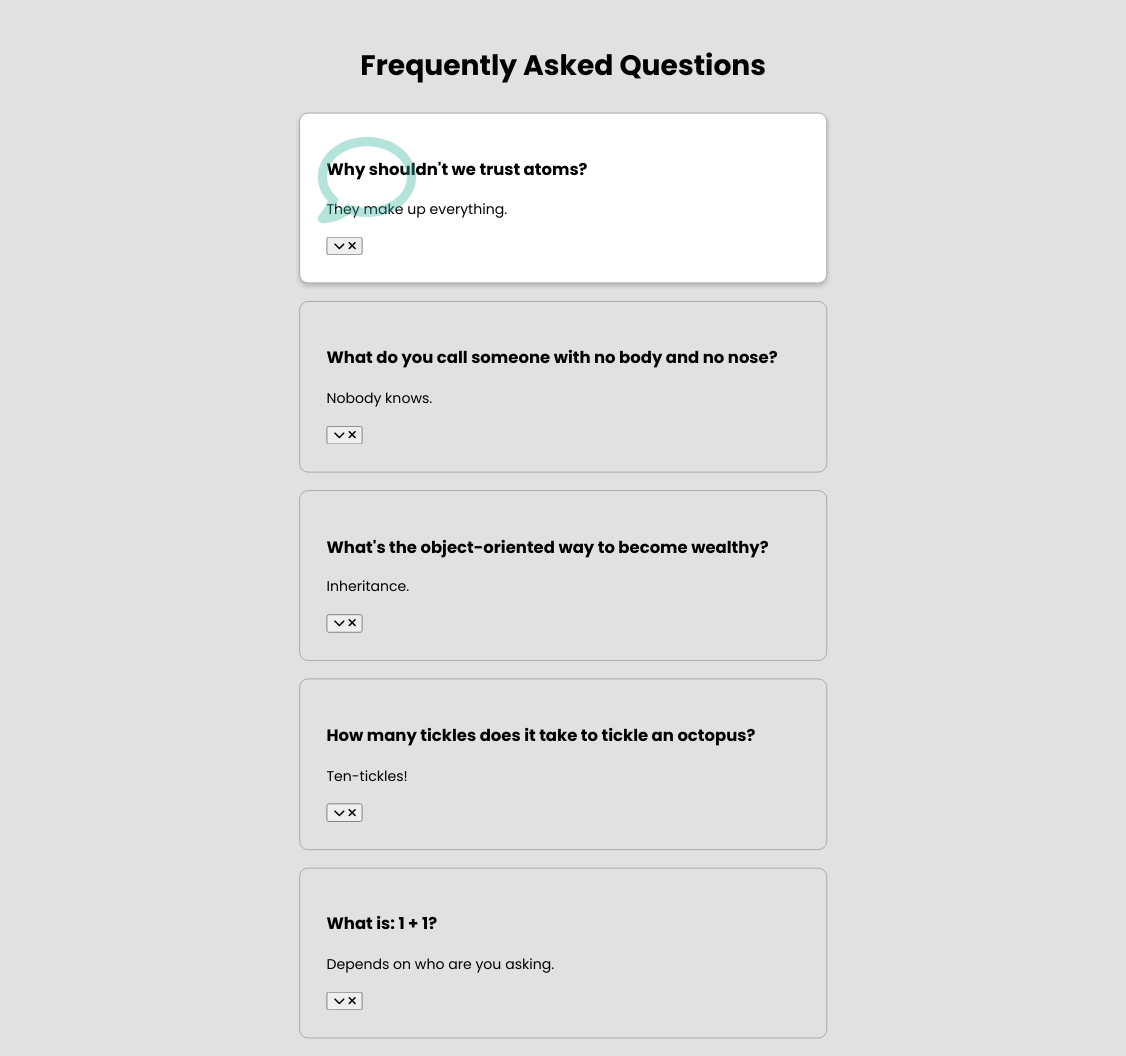
Repository: huynhvanngoan/50projectsin50days
Page: Day12/index.html
The author's editor kept a copy of each file at every save. The page is drawn from the files as they stood at one save, then again after a run of saves.
The browser window is 1280 px wide. The pictures show the whole page, at 88% of full size.

Above is the page before, as saved 2022-11-14 23:13:21.

### Day12/index.html
<!DOCTYPE html>
<html lang="en">
<head>
    <meta charset="UTF-8">
    <meta http-equiv="X-UA-Compatible" content="IE=edge">
    <meta name="viewport" content="width=device-width, initial-scale=1.0">
    <title>Day 12 - FAQ Collapse</title>
    <link rel="stylesheet" href="https://cdnjs.cloudflare.com/ajax/libs/font-awesome/6.2.0/css/all.min.css"
        integrity="sha512-xh6O/CkQoPOWDdYTDqeRdPCVd1SpvCA9XXcUnZS2FmJNp1coAFzvtCN9BmamE+4aHK8yyUHUSCcJHgXloTyT2A=="
        crossorigin="anonymous" referrerpolicy="no-referrer" />
    <link rel="stylesheet" href="style.css">
</head>
<body>
    <h1>Frequently Asked Questions</h1>
    <div class="faq-container">
        <div class="faq active">
            <h3 class="faq-title">
                Why shouldn't we trust atoms?
            </h3>
            <p class="faq-text">
                They make up everything.
            </p>
            <button class = "faq-toggle">
                <i class="fas fa-chevron-down"></i>
                <i class="fas fa-times"></i>
            </button>
        </div>
        <div class="faq ">
            <h3 class="faq-title">
                What do you call someone with no body and no nose?
            </h3>
            <p class="faq-text">
                Nobody knows.
            </p>
            <button class = "faq-toggle">
                <i class="fas fa-chevron-down"></i>
                <i class="fas fa-times"></i>
            </button>
        </div>
        <div class="faq ">
            <h3 class="faq-title">
                What's the object-oriented way to become wealthy?
            </h3>
            <p class="faq-text">
                Inheritance.
            </p>
            <button class = "faq-toggle">
                <i class="fas fa-chevron-down"></i>
                <i class="fas fa-times"></i>
            </button>
        </div>
        <div class="faq ">
            <h3 class="faq-title">
                How many tickles does it take to tickle an octopus?
            </h3>
            <p class="faq-text">
                Ten-tickles!
            </p>
            <button class = "faq-toggle">
                <i class="fas fa-chevron-down"></i>
                <i class="fas fa-times"></i>
            </button>
        </div>
        <div class="faq ">
            <h3 class="faq-title">
                What is: 1 + 1?
            </h3>
            <p class="faq-text">
                Depends on who are you asking.
            </p>
            <button class = "faq-toggle">
                <i class="fas fa-chevron-down"></i>
                <i class="fas fa-times"></i>
            </button>
        </div>
    </div>
    <script src="script.js"></script>
</body>
</html>

### Day12/style.css
@import url('https://fonts.googleapis.com/css2?family=Poppins:wght@300;400;500;600;700&display=swap');
* {
    box-sizing: border-box;
}

body {
    font-family: 'Poppins', sans-serif;
    background-color: #e1e1e1;
}

h1{
    margin: 50px 0 30px;
    text-align: center;
}
.faq-container {
    max-width: 600px;
    margin: 0 auto;
}
.faq {
    background-color: transparent;
    border: 1px solid #9fa4a8;
    border-radius: 10px;
    margin: 20px 0;
    padding: 30px;
    position: relative;
    overflow: hidden;
    transition: 0.3s ease;
}
.faq.active {
    background-color: #fff;
    box-shadow: 0 3px 6px rgba(0, 0, 0, 0.1), 0 3px 6px rgba(0, 0, 0, 0.1);
}

.faq.active::before,
.faq.active::after {
    content: '\f075';
    font-family: 'Font Awesome 6 Free';
    color: #2ecc71;
    font-size: 7rem;
    position: absolute;
    opacity: 0.2;
    top: 20px;
    left: 20px;
    z-index: 0;
}
.faq.active::before{
    color: #3498db;
    t
}

Loaded but not shown: Day12/script.js (no copy from this time; the picture is the same without it)

After the next 2 saves:
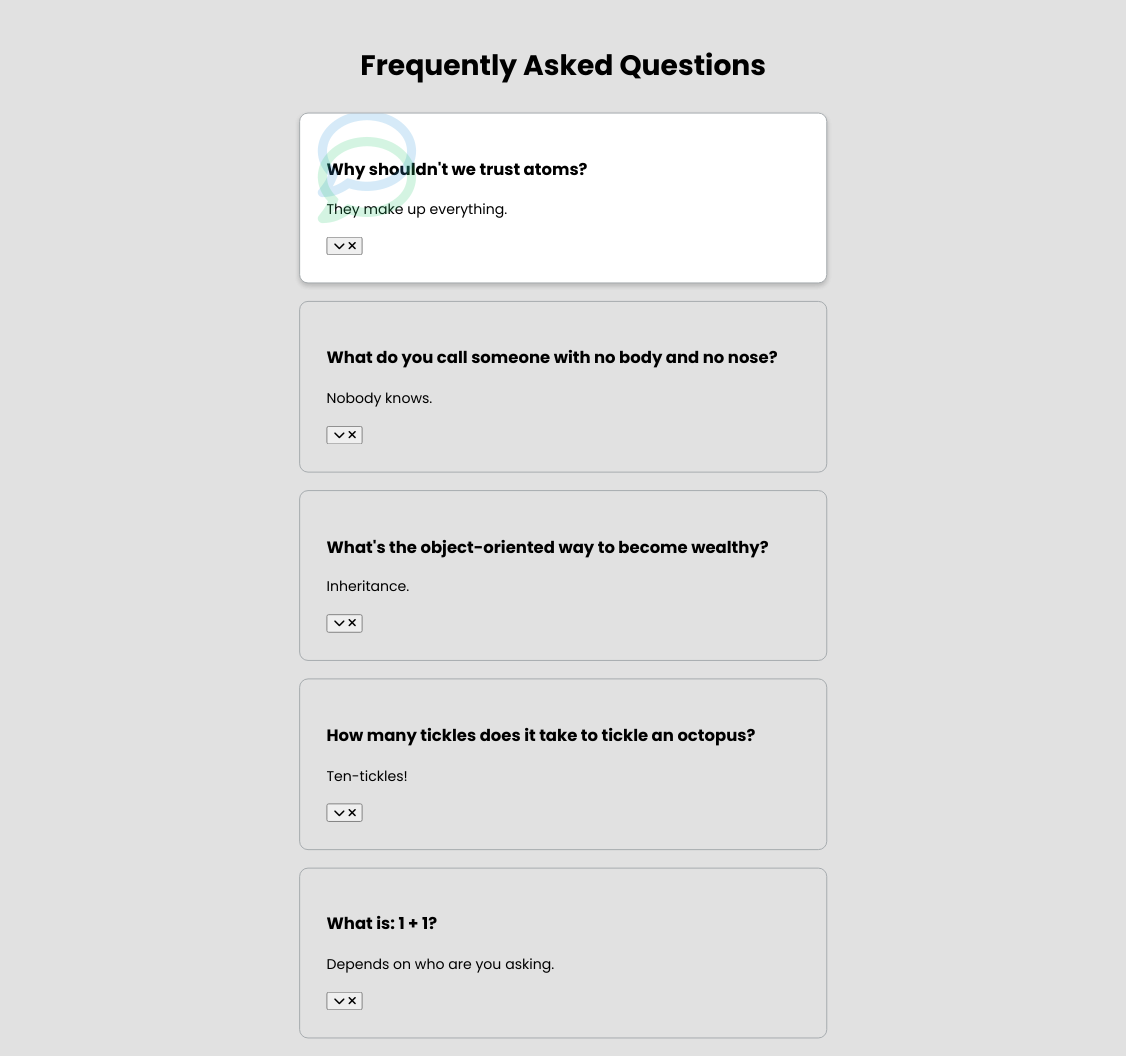
The 2 saves are shown as one change because they came seconds apart.
The last was saved 8 s later.
--- a/Day12/style.css
+++ b/Day12/style.css
@@ -45,5 +45,6 @@ h1{
 }
 .faq.active::before{
     color: #3498db;
-    t
+    top: -10px;
+
 }
